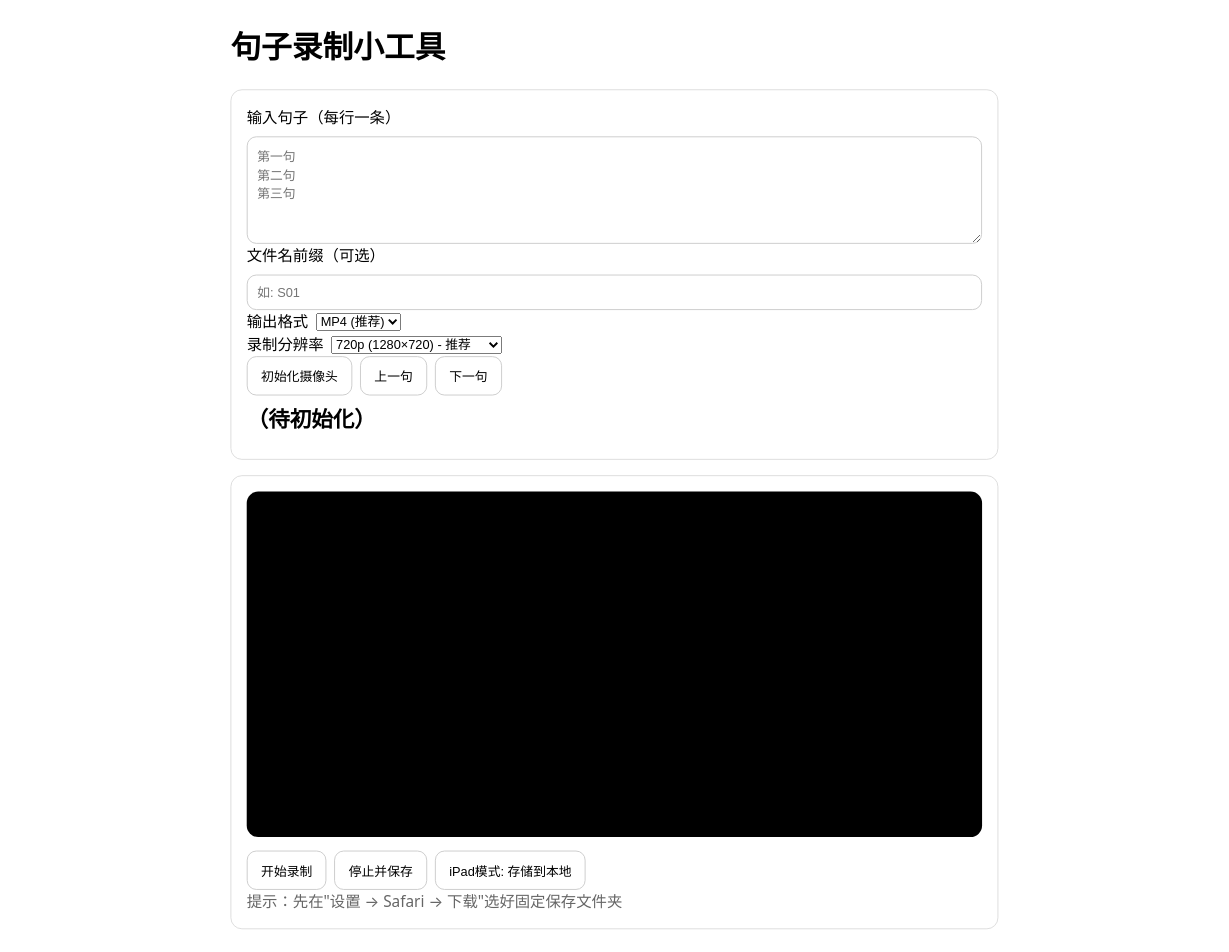
Repository: video2speech/video2speech.github.io
Page: index.html
An editor plug-in stored every save of this project. The page is shown before and after the next save, followed by the edit.
The browser window is 1280 px wide. The pictures show the whole page, at 96% of full size.

Above is the page before, as saved 2025-09-04 04:51:16.

### index.html
<!doctype html>
<html>
<meta charset="utf-8" />
<title>句子录制小工具</title>
<style>
  body{font-family:system-ui,-apple-system,Segoe UI,Roboto,Helvetica,Arial,sans-serif;max-width:800px;margin:24px auto;padding:0 16px;line-height:1.5}
  .card{border:1px solid #ddd;border-radius:12px;padding:16px;margin:16px 0}
  .row{display:flex;gap:8px;flex-wrap:wrap;align-items:center}
  video{width:100%;max-height:50vh;background:#000;border-radius:12px}
  button{padding:10px 14px;border-radius:10px;border:1px solid #ccc;background:#fff}
  button:active{opacity:.8}
  input,textarea{width:100%;padding:10px;border-radius:10px;border:1px solid #ccc}
  .big{font-size:1.4rem;font-weight:600;margin:8px 0}
  .muted{color:#666}
</style>
<body>
  <h1>句子录制小工具</h1>

  <div class="card">
    <div class="row">
      <label>输入句子（每行一条）</label>
      <textarea id="sentences" rows="6" placeholder="第一句
第二句
第三句"></textarea>
    </div>
    <div class="row">
      <label>文件名前缀（可选）</label>
      <input id="prefix" placeholder="如: S01"/>
    </div>
    <div class="row">
      <label>输出格式</label>
      <select id="format">
        <option value="mp4">MP4 (推荐)</option>
        <option value="webm">WebM</option>
      </select>
    </div>
    <div class="row">
      <label>录制分辨率</label>
      <select id="resolution">
        <option value="720p">720p (1280×720) - 推荐</option>
        <option value="1080p">1080p (1920×1080) - 高清</option>
        <option value="480p">480p (854×480) - 标清</option>
        <option value="360p">360p (640×360) - 低清</option>
        <option value="auto">自动 - 使用摄像头默认</option>
      </select>
    </div>
    <div class="row">
      <button id="init">初始化摄像头</button>
      <button id="prev">上一句</button>
      <button id="next">下一句</button>
      <span class="muted" id="idxInfo"></span>
    </div>
    <div class="big" id="currentText">（待初始化）</div>
  </div>

  <div class="card">
    <video id="preview" playsinline autoplay muted></video>
    <div class="row" style="margin-top:8px">
      <button id="start">开始录制</button>
      <button id="stop">停止并保存</button>
      <button id="downloadMode" onclick="toggleDownloadMode()">iPad模式: 存储到本地</button>
    </div>
    <div class="row">
      <button id="viewStored" style="display:none">查看已存储视频 (0)</button>
      <button id="downloadAll" style="display:none">下载所有</button>
      <button id="clearAll" style="display:none">清空存储</button>
      <span class="muted" id="resolutionInfo"></span>
      <span class="muted" id="storageInfo"></span>
    </div>
    <div class="row">
      <span class="muted" id="downloadTip">提示：先在"设置 → Safari → 下载"选好固定保存文件夹</span>
    </div>
  </div>

<script>
const el = id => document.getElementById(id);
let stream, mediaRecorder, chunks = [];
let sentences = [];
let idx = 0;
let recording = false;
let storageMode = false; // false=直接下载, true=存储到本地
let db;

// 初始化IndexedDB
async function initDB() {
  return new Promise((resolve, reject) => {
    const request = indexedDB.open('VideoRecorderDB', 1);

    request.onerror = () => reject(request.error);
    request.onsuccess = () => {
      db = request.result;
      resolve(db);
    };

    request.onupgradeneeded = (event) => {
      const db = event.target.result;
      if (!db.objectStoreNames.contains('videos')) {
        const store = db.createObjectStore('videos', { keyPath: 'id', autoIncrement: true });
        store.createIndex('timestamp', 'timestamp', { unique: false });
        store.createIndex('sentence', 'sentence', { unique: false });
      }
    };
  });
}

// 存储视频到IndexedDB
async function storeVideo(blob, fileName, sentence) {
  return new Promise((resolve, reject) => {
    const transaction = db.transaction(['videos'], 'readwrite');
    const store = transaction.objectStore('videos');

    const videoData = {
      fileName: fileName,
      blob: blob,
      sentence: sentence,
      timestamp: new Date().toISOString(),
      size: blob.size
    };

    const request = store.add(videoData);
    request.onsuccess = () => resolve(request.result);
    request.onerror = () => reject(request.error);
  });
}

// 获取所有存储的视频
async function getAllStoredVideos() {
  return new Promise((resolve, reject) => {
    const transaction = db.transaction(['videos'], 'readonly');
    const store = transaction.objectStore('videos');
    const request = store.getAll();

    request.onsuccess = () => resolve(request.result);
    request.onerror = () => reject(request.error);
  });
}

// 删除存储的视频
async function deleteStoredVideo(id) {
  return new Promise((resolve, reject) => {
    const transaction = db.transaction(['videos'], 'readwrite');
    const store = transaction.objectStore('videos');
    const request = store.delete(id);

    request.onsuccess = () => resolve();
    request.onerror = () => reject(request.error);
  });
}

// 清空所有存储的视频
async function clearAllStoredVideos() {
  return new Promise((resolve, reject) => {
    const transaction = db.transaction(['videos'], 'readwrite');
    const store = transaction.objectStore('videos');
    const request = store.clear();

    request.onsuccess = () => resolve();
    request.onerror = () => reject(request.error);
  });
}

// 初始化数据库
initDB().then(() => {
  console.log('IndexedDB 初始化成功');
  updateStorageInfo();
}).catch(err => {
  console.error('IndexedDB 初始化失败:', err);
});

function updateSentenceView(){
  const total = sentences.length;
  const text = total ? sentences[idx] : '';
  el('currentText').textContent = text || '（没有句子）';
  el('idxInfo').textContent = total ? `第 ${idx+1}/${total} 句` : '';
}

el('init').onclick = async () => {
  try {
    // 获取用户选择的分辨率
    const resolution = el('resolution').value;
    let videoConstraints = { facingMode: 'user' };

    // 根据选择设置分辨率
    if (resolution !== 'auto') {
      const resolutions = {
        '360p': { width: 640, height: 360 },
        '480p': { width: 854, height: 480 },
        '720p': { width: 1280, height: 720 },
        '1080p': { width: 1920, height: 1080 }
      };

      if (resolutions[resolution]) {
        videoConstraints = {
          ...videoConstraints,
          width: { ideal: resolutions[resolution].width },
          height: { ideal: resolutions[resolution].height }
        };
      }
    }

    // 前置摄像头；如需后置，把 'user' 改为 'environment'
    stream = await navigator.mediaDevices.getUserMedia({
      video: videoConstraints,
      audio: true
    });

    el('preview').srcObject = stream;
    sentences = el('sentences').value
      .split('\n').map(s=>s.trim()).filter(Boolean);
    idx = 0;
    updateSentenceView();

    // 显示实际获取到的分辨率
    const videoTrack = stream.getVideoTracks()[0];
    const settings = videoTrack.getSettings();
    const actualRes = `${settings.width}×${settings.height}`;
    el('resolutionInfo').textContent = `实际分辨率: ${actualRes}`;

    alert('摄像头就绪！可以开始录制了。');
  } catch (e) {
    alert('无法获取摄像头/麦克风权限：' + e);
  }
};

el('next').onclick = () => { if (sentences.length){ idx = Math.min(idx+1, sentences.length-1); updateSentenceView(); }};
el('prev').onclick = () => { if (sentences.length){ idx = Math.max(idx-1, 0); updateSentenceView(); }};

// 监听分辨率变化
el('resolution').onchange = () => {
  if (stream) {
    el('resolutionInfo').textContent = '分辨率已更改，请重新初始化摄像头';
  }
};

// 切换下载模式
function toggleDownloadMode() {
  storageMode = !storageMode;
  const button = el('downloadMode');
  if (storageMode) {
    button.textContent = 'iPad模式: 存储到本地 ✓';
    button.style.backgroundColor = '#4CAF50';
    button.style.color = 'white';
    el('viewStored').style.display = 'inline-block';
    el('downloadAll').style.display = 'inline-block';
    el('clearAll').style.display = 'inline-block';
    el('downloadTip').textContent = 'iPad模式：视频将存储到浏览器本地，可稍后批量下载';
  } else {
    button.textContent = 'iPad模式: 存储到本地';
    button.style.backgroundColor = '';
    button.style.color = '';
    el('viewStored').style.display = 'none';
    el('downloadAll').style.display = 'none';
    el('clearAll').style.display = 'none';
    el('downloadTip').textContent = '提示：先在"设置 → Safari → 下载"选好固定保存文件夹';
  }
  updateStorageInfo();
}

// 更新存储信息
async function updateStorageInfo() {
  if (!db) return;

  try {
    const videos = await getAllStoredVideos();
    const count = videos.length;
    const totalSize = videos.reduce((sum, video) => sum + video.size, 0);
    const sizeInMB = (totalSize / (1024 * 1024)).toFixed(1);

    el('viewStored').textContent = `查看已存储视频 (${count})`;
    el('storageInfo').textContent = count > 0 ? `已存储 ${count} 个视频，约 ${sizeInMB} MB` : '';
  } catch (error) {
    console.error('更新存储信息失败:', error);
  }
}

// 查看存储的视频
el('viewStored').onclick = async () => {
  try {
    const videos = await getAllStoredVideos();
    if (videos.length === 0) {
      alert('暂无存储的视频');
      return;
    }

    let list = '存储的视频列表：\n\n';
    videos.forEach((video, index) => {
      const date = new Date(video.timestamp).toLocaleString();
      const sizeMB = (video.size / (1024 * 1024)).toFixed(1);
      list += `${index + 1}. ${video.fileName}\n   句子: ${video.sentence}\n   时间: ${date}\n   大小: ${sizeMB} MB\n\n`;
    });

    alert(list);
  } catch (error) {
    alert('获取存储视频失败: ' + error.message);
  }
};

// 下载所有存储的视频
el('downloadAll').onclick = async () => {
  try {
    const videos = await getAllStoredVideos();
    if (videos.length === 0) {
      alert('暂无存储的视频');
      return;
    }

    if (!confirm(`确定要下载所有 ${videos.length} 个视频吗？`)) return;

    // 逐个下载，间隔300ms
    for (let i = 0; i < videos.length; i++) {
      setTimeout(() => {
        const video = videos[i];
        const a = document.createElement('a');
        a.download = video.fileName;
        a.href = URL.createObjectURL(video.blob);
        a.click();
        URL.revokeObjectURL(a.href);
      }, i * 300);
    }

    el('storageInfo').textContent = `正在下载 ${videos.length} 个视频...`;
  } catch (error) {
    alert('下载失败: ' + error.message);
  }
};

// 清空所有存储的视频
el('clearAll').onclick = async () => {
  try {
    const videos = await getAllStoredVideos();
    if (videos.length === 0) {
      alert('暂无存储的视频');
      return;
    }

    if (!confirm(`确定要清空所有 ${videos.length} 个存储的视频吗？此操作不可恢复！`)) return;

    await clearAllStoredVideos();
    updateStorageInfo();
    alert('已清空所有存储的视频');
  } catch (error) {
    alert('清空失败: ' + error.message);
  }
};

el('start').onclick = () => {
  if (!stream) return alert('请先点"初始化摄像头"');
  if (recording) return;
  chunks = [];

  // 根据用户选择的格式确定mimeType
  const selectedFormat = el('format').value;
  let mimeType;

  if (selectedFormat === 'mp4') {
    // 尝试不同的MP4编码组合
    const mp4Options = [
      'video/mp4;codecs=h264,aac',
      'video/mp4;codecs=avc1.42E01E,mp4a.40.2',
      'video/mp4'
    ];
    mimeType = mp4Options.find(type => MediaRecorder.isTypeSupported(type)) || 'video/webm;codecs=vp9,opus';
  } else {
    mimeType = 'video/webm;codecs=vp9,opus';
  }

  mediaRecorder = new MediaRecorder(stream, { mimeType });
  mediaRecorder.ondataavailable = e => { if (e.data.size > 0) chunks.push(e.data); };
  mediaRecorder.onstop = saveBlob;
  mediaRecorder.start();
  recording = true;
};

el('stop').onclick = () => {
  if (mediaRecorder && recording) {
    mediaRecorder.stop();
    recording = false;
  }
};

function sanitize(s){
  return s.replace(/[\\/:*?"<>|]/g,'').replace(/\s+/g,' ').trim();
}
function ts(){
  const d = new Date();
  const pad = n => String(n).padStart(2,'0');
  return `${d.getFullYear()}${pad(d.getMonth()+1)}${pad(d.getDate())}_${pad(d.getHours())}${pad(d.getMinutes())}${pad(d.getSeconds())}`;
}
async function saveBlob(){
  // 根据实际使用的mimeType确定文件扩展名
  const isMP4 = mediaRecorder.mimeType.includes('mp4');
  const fileExt = isMP4 ? 'mp4' : 'webm';
  const blobType = isMP4 ? 'video/mp4' : 'video/webm';

  const blob = new Blob(chunks, { type: blobType });
  const prefix = sanitize(el('prefix').value || '');
  const short = sentences[idx] ? sanitize(sentences[idx]).slice(0,12) : 'clip';
  const nameCore = [prefix, `S${String(idx+1).padStart(3,'0')}`, ts(), short].filter(Boolean).join('_');
  const fileName = `${nameCore}.${fileExt}`;

  if (storageMode) {
    // iPad模式：存储到IndexedDB
    try {
      await storeVideo(blob, fileName, sentences[idx] || '未知句子');
      updateStorageInfo();
      el('storageInfo').textContent = `视频已存储: ${fileName}`;
      console.log(`视频已存储到本地: ${fileName}`);
    } catch (error) {
      console.error('存储视频失败:', error);
      alert('存储视频失败: ' + error.message);
      // 失败时回退到直接下载
      directDownload(blob, fileName);
    }
  } else {
    // 普通模式：直接下载
    directDownload(blob, fileName);
  }

  // 显示格式信息
  console.log(`录制完成，格式: ${fileExt.toUpperCase()}, MIME类型: ${mediaRecorder.mimeType}`);
}

function directDownload(blob, fileName) {
  const a = document.createElement('a');
  a.download = fileName;
  a.href = URL.createObjectURL(blob);
  a.click();
  URL.revokeObjectURL(a.href);
}
</script>
</body>
</html>

After the next save:
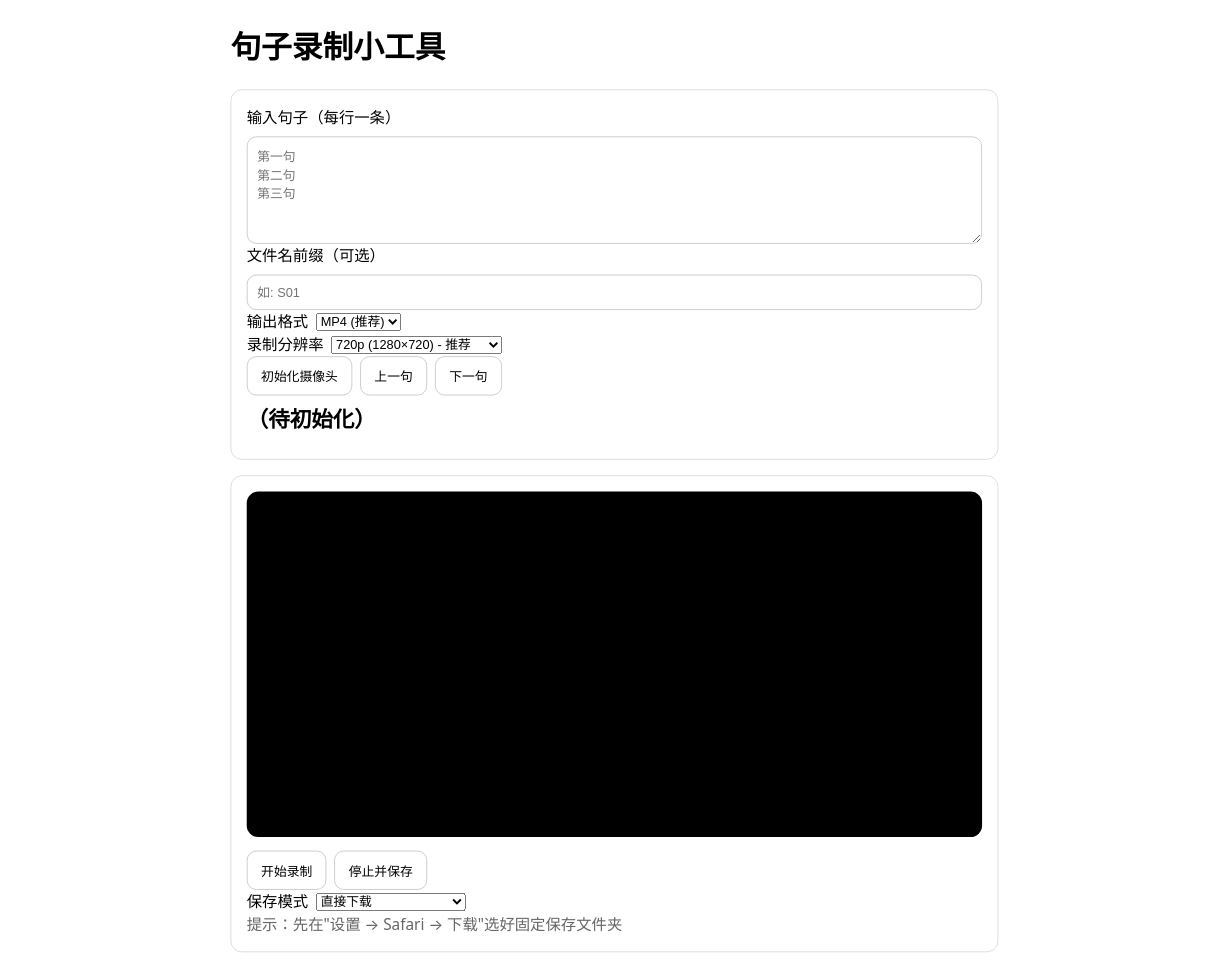
Saved 10 min 55 s later.
--- a/index.html
+++ b/index.html
@@ -58,7 +58,15 @@
     <div class="row" style="margin-top:8px">
       <button id="start">开始录制</button>
       <button id="stop">停止并保存</button>
-      <button id="downloadMode" onclick="toggleDownloadMode()">iPad模式: 存储到本地</button>
+    </div>
+    <div class="row">
+      <label>保存模式</label>
+      <select id="saveMode" onchange="changeSaveMode()">
+        <option value="download">直接下载</option>
+        <option value="local">本地存储（iPad推荐）</option>
+        <option value="server">上传到服务器</option>
+      </select>
+      <input id="serverUrl" placeholder="服务器地址 (如: http://localhost:3000/upload)" style="display:none; margin-left:8px; width:300px;">
     </div>
     <div class="row">
       <button id="viewStored" style="display:none">查看已存储视频 (0)</button>
